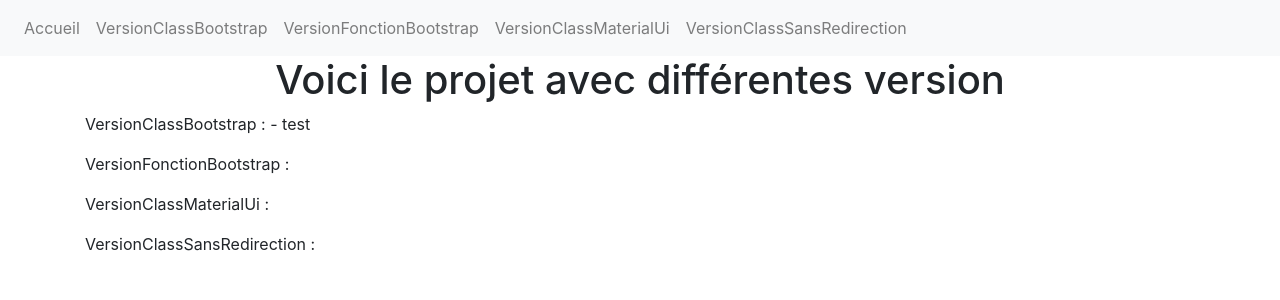
Repository: LudovicB21/CountryTest
Page: /
These files come from the project's save history. The page is drawn as it stood at one moment and after the next save; the edit follows.
The browser window is 1280 px wide. The pictures show the whole page.
The project was rebuilt for these pictures with package versions that can differ from the ones it lists, and the page was loaded fresh each time. Also part of the build but not shown: src/components/VersionClassBootstrap/ListPays.components.js, src/components/VersionClassMaterialUi/ListPays.components.js, src/components/VersionFonctionBoostrap/ListPays.components.js, src/components/VersionSansRedirection/ListPays.component.js, src/components/VersionClassBootstrap/InfoPays.components.js, src/components/VersionClassMaterialUi/InfoPays.components.js, src/components/VersionFonctionBoostrap/InfoPays.components.js.

Above is the page before, as saved 2020-10-29 12:15:14.

After the next save:
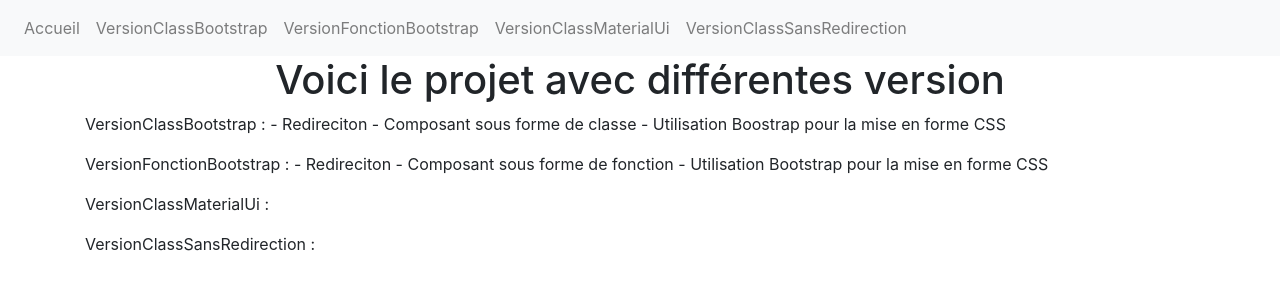
Saved 89 s later.
--- a/src/components/Accueil.js
+++ b/src/components/Accueil.js
@@ -7,9 +7,15 @@ class Accueil extends Component {
                 <h1> Voici le projet avec différentes version  </h1>
                 <div style={{textAlign: "left"}}>
                     <p> VersionClassBootstrap :{"\n"}
-                        - test {"\n"}
+                        - Redireciton
+                        - Composant sous forme de classe
+                        - Utilisation Boostrap pour la mise en forme CSS
                     </p>
-                    <p> VersionFonctionBootstrap :{"\n"}</p>
+                    <p> VersionFonctionBootstrap :{"\n"}
+                        - Redireciton
+                        - Composant sous forme de fonction
+                        - Utilisation Bootstrap pour la mise en forme CSS
+                    </p>
                     <p> VersionClassMaterialUi :{"\n"}</p>
                     <p> VersionClassSansRedirection :</p>
                 </div>
